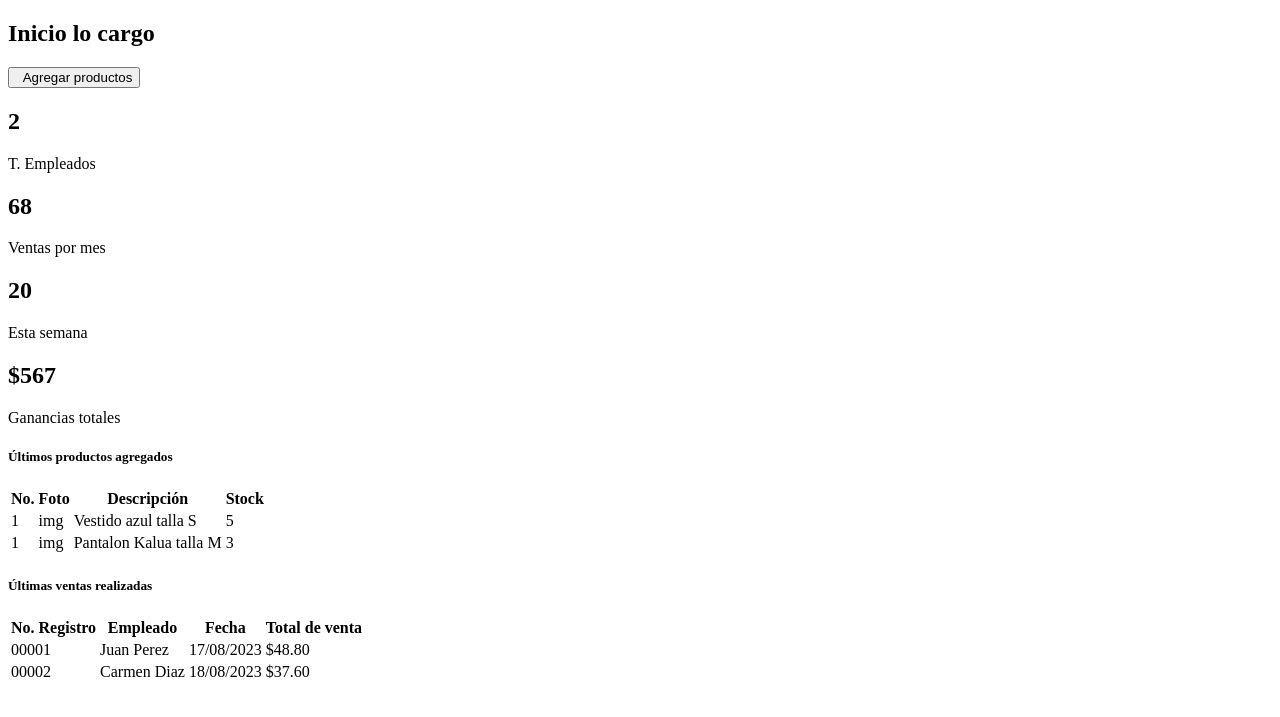
Repository: Julio-Sama/jacquis_system
Page: src/main/resources/templates/layout.html
These files come from the project's save history. The page is drawn as it stood at one moment and after the next save; the edit follows.
The browser window is 1280 px wide. The pictures show the whole page.

Above is the page before, as saved 2023-09-30 05:10:26.

After the next save:
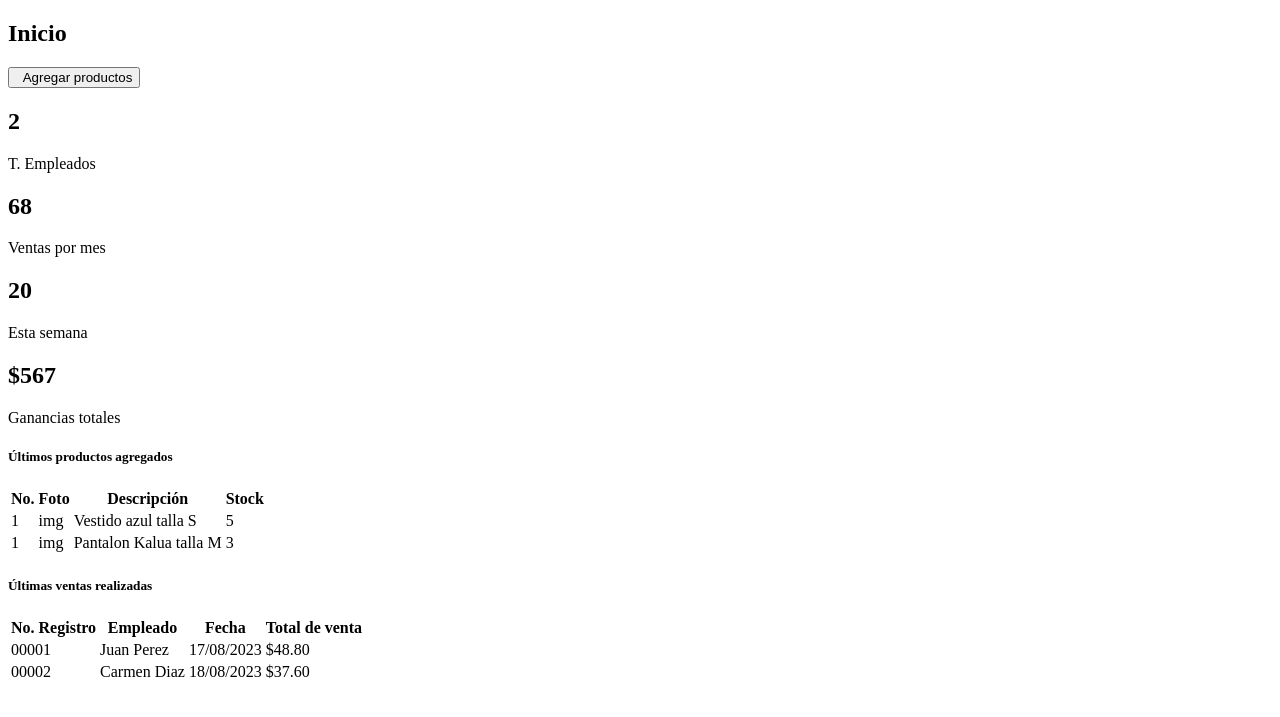
Saved 53 s later.
--- a/src/main/resources/templates/layout.html
+++ b/src/main/resources/templates/layout.html
@@ -10,8 +10,8 @@
         <div class="row"> <!-- zona de texto o botones  -->
             <div class="col-md-12">
                 <div class="overview-wrap">
-                    <h2 class="title-1">Inicio lo cargo</h2>
-                    <button class="btn btn-primary">
+                    <h2 class="title-1">Inicio</h2>
+                    <button class="btn btn-warning">
                         <i class="zmdi zmdi-plus">&nbsp;</i> Agregar productos</button>
                 </div>
             </div>
